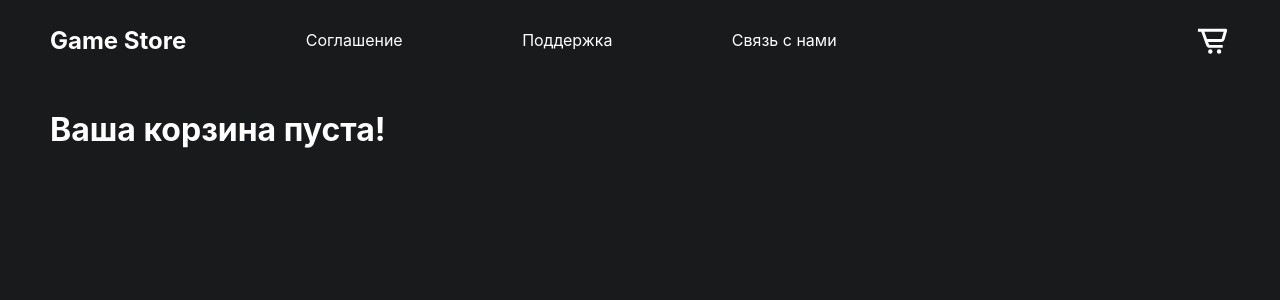
Repository: Minkeani/GameStore
Page: /order
These files come from the project's save history. The page is drawn as it stood at one moment and after the next save; the edit follows.
The browser window is 1280 px wide. The pictures show the whole page.
The project was rebuilt for these pictures with package versions that can differ from the ones it lists, and the page was loaded fresh each time. Also part of the build but not shown: src/components/ItemsInCart/ItemsInCart.css, src/components/ItemsInCart/ItemsInCart.jsx, src/components/CartMenu/CartMenu.css, src/components/Btn/Btn.css, src/components/Btn/Btn.jsx, src/components/CartItem/CartItem.css, src/components/CartItem/CartItem.jsx, src/components/CartMenu/CartMenu.jsx and 17 more.

Above is the page before, as saved 2022-09-11 10:27:34.

### src/index.js
import React from 'react';
import ReactDOM from 'react-dom/client';
import './index.css';
import App from './App';
import reportWebVitals from './reportWebVitals';

const root = ReactDOM.createRoot(document.getElementById('root'));
root.render(
    <App />
);

### src/index.css
body {
  margin: 0;
  font-family: -apple-system, BlinkMacSystemFont, 'Segoe UI', 'Roboto', 'Oxygen',
    'Ubuntu', 'Cantarell', 'Fira Sans', 'Droid Sans', 'Helvetica Neue',
    sans-serif;
  -webkit-font-smoothing: antialiased;
  -moz-osx-font-smoothing: grayscale;
    background-color: rgb(25, 26, 28);
}

code {
  font-family: source-code-pro, Menlo, Monaco, Consolas, 'Courier New',
    monospace;
}

.App {
  max-width: 1180px;;
  margin: 0 auto;
  padding: 0 40px;
  color: white;
}

a {
  color: white;
  text-decoration: none;
}

.secondary-text {
  color: rgb(80, 82, 84);
}

### src/App.js
import { BrowserRouter, Routes, Route } from "react-router-dom";
import Header from "./components/Header/Header";
import { Provider } from "react-redux";
import GamePage from "./components/GamePage/GamePage";
import OrderPage from "./components/OrderPage/OrderPage";
import HomePage from "./pages/HomePage/HomePage";
import {store} from './redux'
import Agreement from "./components/Agreement/Agreement";


function App() {
  return (
    <Provider store={store}>
    <BrowserRouter>
      <div className="App">
        <Header />
        <Routes>
          <Route path="/" element={<HomePage />} />
          <Route path="/app/:title" element={<GamePage />} />
          <Route path="/order" element={<OrderPage />} />
          <Route path="/agreement" element={<Agreement />} />
        </Routes>
      </div>
    </BrowserRouter>
    </Provider>
  );
}

export default App;

### src/components/Header/Header.js
import React from 'react'
import { Link } from 'react-router-dom'
import CartBlock from '../CartBlock/CartBlock'
import './Header.css'

export default function Header() {
  return (
    <div className="header">
      <div className="wrapper">
            <Link to='/' className='header__store-title'>Game Store</Link>
            <Link to='/'>Соглашение</Link>
            <Link to='/'>Поддержка</Link>
            <a to='/'>Связь с нами</a>

      </div>
      <div className="wrapper header__cart-btn-wrapper">
        <CartBlock/>
      </div>
    </div>
  )
}

### src/components/OrderPage/OrderPage.jsx
import React from "react";
import { useSelector } from "react-redux";
import "./OrderPage.css";
import { calcTotalPrice, enumerate  } from "../utils/utils";
import OrderItem from "../PageItem/OrderItem";
import uniqid from 'uniqid'

const OrderPage = () => {
  const items = useSelector((state) => state.cart.itemsInCart);

  if (items.length < 1) {
    return <h1>Ваша корзина пуста!</h1>;
  }

  return (
    <div className="order-page">
      <div className="order-page__left">
        {items.map((game) => (
          <OrderItem key={uniqid()} game={game} />
        ))}
      </div>
      <div className="order-page__right">
        <div className="order-page__total-price">
          <span>
            {items.length}{" "}
            {enumerate(items.length, ["товар", "товара", "товаров"])} на сумму{" "}
            {calcTotalPrice(items)} руб.
          </span>
        </div>
      </div>
    </div>
  );
};

export default OrderPage;

### src/redux/index.js
import { configureStore } from '@reduxjs/toolkit';
import gamesReducer from './games/gamesReducer';
import reducerCart from './cart/reducerCart';

export const store = configureStore({
    reducer: {
        games: gamesReducer,
        cart: reducerCart
    }
  })

### src/components/CartBlock/CartBlock.jsx
import React, { useState, useCallback } from "react";
import "./CartBlock.css";
import { useSelector } from "react-redux";
import { BiCartAlt } from "react-icons/bi";
import ItemsInCart from "../ItemsInCart/ItemsInCart";
import CartMenu from "../CartMenu/CartMenu";
import { useNavigate } from "react-router-dom";

export default function CartBlock() {
  const items = useSelector((state) => state.cart.itemsInCart);
  const totalPrice = items.reduce((acc, game) => (acc += game.price), 0);
  const [isCartMenuVisible, setCartMenuVisible] = useState(false)

  const navigate = useNavigate()

  const handleClick = useCallback(() => {
    setCartMenuVisible(false)
    navigate('/order')
  }, [navigate])

  return (
    <div className="cart-block">
      <ItemsInCart quantity={items.length}/>
      <BiCartAlt size={35} className="cart-icon" onClick={() => setCartMenuVisible(!isCartMenuVisible)} />
      {totalPrice > 0 ? (
        <span className="total-price">{totalPrice} руб</span>
      ) : null}

     {isCartMenuVisible ? <CartMenu items={items} onClick={handleClick} /> : ''}
    </div>
  );
}

### src/components/Header/Header.css
.header {
    height: 80px;
    display: flex;
    align-items: center;
    justify-content: space-between;
    margin-bottom: 30px;
}

.wrapper {
    display: flex;
    flex-grow: 1;
    align-items: center;
    justify-content: space-between;

}

.wrapper a{

}

.header__store-title {
    color: white;
    text-decoration: none;
    font-size: 24px;
    font-weight: bold;
}

.header__cart-btn-wrapper {
    justify-content: flex-end;
}

### src/components/utils/utils.js
export const calcTotalPrice = (items) => items.reduce((acc, item) => (acc += item.price), 0);

export const enumerate = (num, dec) => {
    if (num > 100) num = num % 100;
    if (num <= 20 && num >= 10) return dec[2];
    if (num > 20) num = num % 10;
    return num === 1 ? dec[0] : num > 1 && num < 5 ? dec[1] : dec[2];
}

### src/redux/games/gamesReducer.js
import { createSlice } from '@reduxjs/toolkit'

const gamesSlice = createSlice({
  name: 'games',
  initialState: {
    currentGame: null
  },
  reducers: {
    setCurrentGame: (state, action) => {
      state.currentGame = action.payload
    },
  }
});

export const { setCurrentGame } = gamesSlice.actions;
export default gamesSlice.reducer;

### src/redux/cart/reducerCart.js
import { createSlice } from "@reduxjs/toolkit";

const cartSlice = createSlice({
    name: 'cart',
    initialState: {
        itemsInCart: []
    },
    reducers: {
        setItemInCart: (state, action) => {
            state.itemsInCart.push(action.payload)
    },
        deleteItemFromCart: (state, action) => {
        state.itemsInCart = state.itemsInCart.filter(game => game.id !== action.payload)
    }
}
});

export const {setItemInCart, deleteItemFromCart} = cartSlice.actions;
export default cartSlice.reducer;

### src/components/CartBlock/CartBlock.css
.cart-block {
    display: flex;
    align-items: center;
    position: relative;
}

.total-price {
    margin-left: 15px;
    font-size: 18px;
    font-weight: bold;
}

.cart-icon {
    cursor: pointer;
    position: relative;
}

### src/components/Agreement/Agreement.jsx
import React from 'react';
import Title from '../Ui/Title/Title';
import './Agreement.css'

const Agreement = () => {
    return (
        <div>
            <h2>Пользовательское соглашение</h2>
            <Title>123</Title>
        </div>
    );
}

export default Agreement;

### src/components/Ui/Title/Title.jsx
import React from 'react';
import './Title.css'

const Title = () => {
    return (
        <div>

        </div>
    );
}

export default Title;

Loaded but not shown: public/index.html (common file); src/reportWebVitals.js (common file)

After the next save:
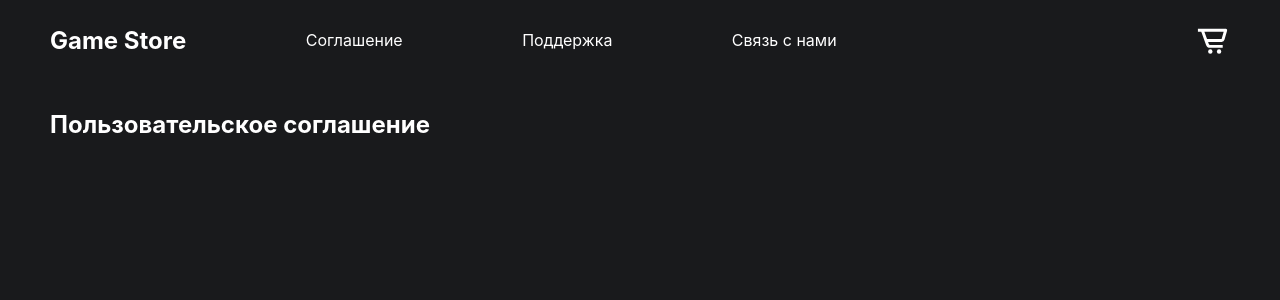
Saved 54 s later.
--- a/src/App.js
+++ b/src/App.js
@@ -17,7 +17,7 @@
         <Routes>
           <Route path="/" element={<HomePage />} />
           <Route path="/app/:title" element={<GamePage />} />
-          <Route path="/order" element={<OrderPage />} />
+          <Route path="/order" element={<Agreement />} />
           <Route path="/agreement" element={<Agreement />} />
         </Routes>
       </div>

After the save that followed:
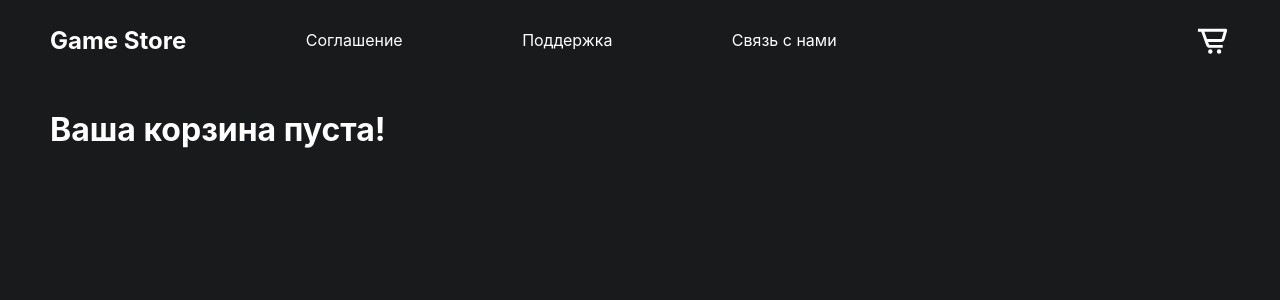
Saved 14 s later.
--- a/src/App.js
+++ b/src/App.js
@@ -17,7 +17,7 @@
         <Routes>
           <Route path="/" element={<HomePage />} />
           <Route path="/app/:title" element={<GamePage />} />
-          <Route path="/order" element={<Agreement />} />
+          <Route path="/order" element={<OrderPage />} />
           <Route path="/agreement" element={<Agreement />} />
         </Routes>
       </div>
